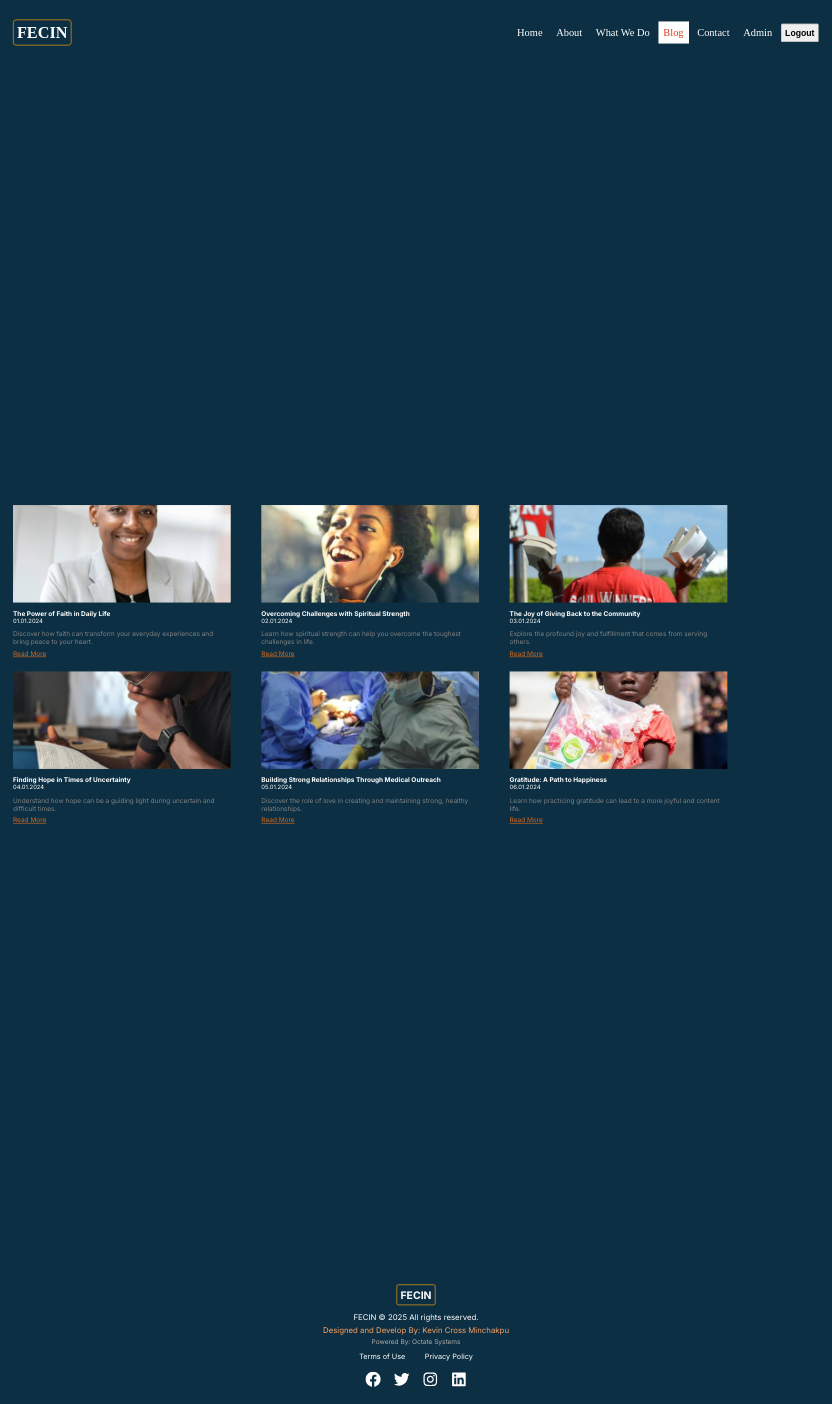
Repository: KCMinchakpu/fecin-projectgs497
Page: /blog
The author's editor kept a copy of each file at every save. The page is drawn from the files as they stood at one save, then again after the next save.
The browser window is 1280 px wide. The pictures show the whole page, at 65% of full size.
The project was rebuilt for these pictures with package versions that can differ from the ones it lists, and the page was loaded fresh each time. The framework's server and built-in components were replaced by stand-ins that run in the browser. Also part of the build but not shown: next.config.mjs.

Above is the page before, as saved 2025-04-02 12:20:58.

After the next save:
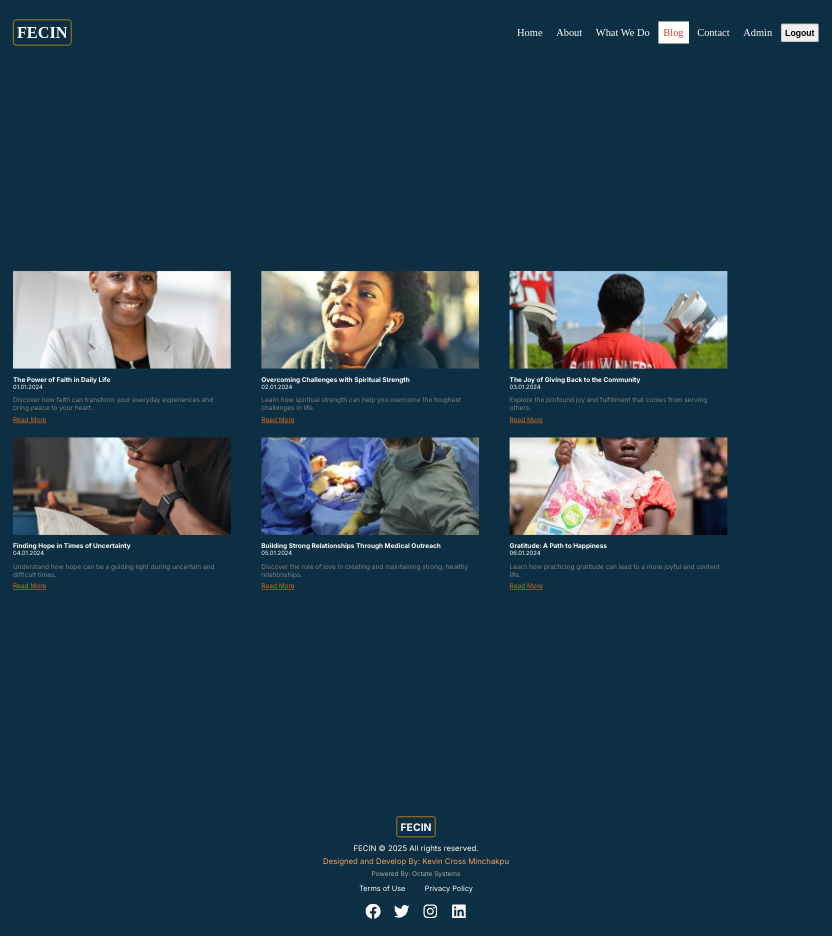
Saved 20 s later.
--- a/src/app/globals.css
+++ b/src/app/globals.css
@@ -32,7 +32,7 @@ a {
   margin: auto;
   padding-left: 20px;
   padding-right: 20px;
-  min-height: 300vh;
+  min-height: 200vh;
   display: flex;
   flex-direction: column;
   justify-content: space-between;
